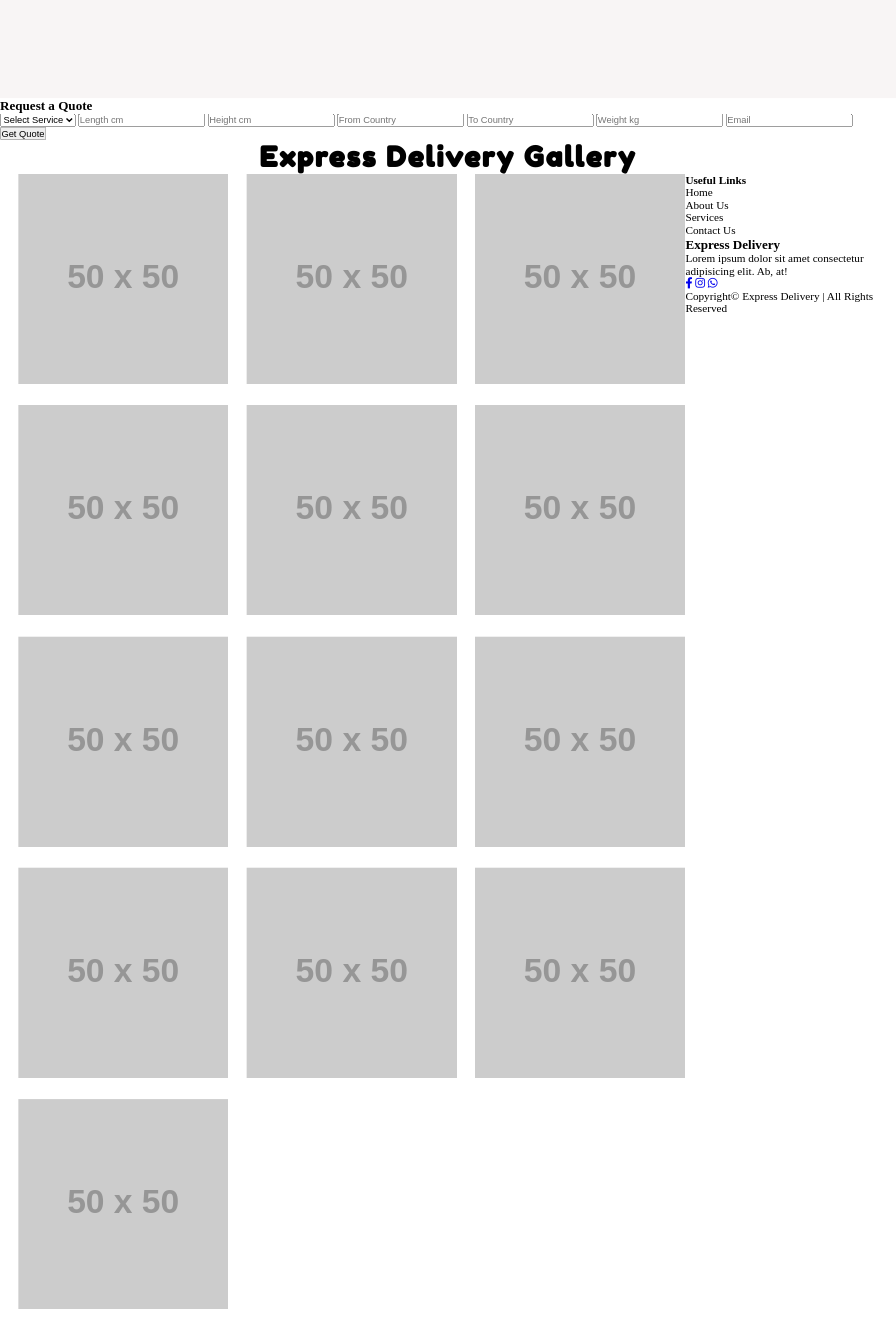
Repository: just-mann/express-delivery
Page: index.html
These files come from the project's save history. The page is drawn as it stood at one moment and after the next save; the edit follows.
The browser window is 1280 px wide. The pictures show the part of the page from y = 1303 to 3223 px (the page is 3203 px tall before and 3369 px after), at 70% of full size.
The style sheet was rebuilt from its Sass, Less or Tailwind sources for each picture, by a compiler version that may differ from the author's.

Above is the page before, as saved 2021-06-30 15:10:06.

### index.html
<!DOCTYPE html>
<html lang="en">
<head>
    <meta charset="UTF-8">
    <meta http-equiv="X-UA-Compatible" content="IE=edge">
    <meta name="viewport" content="width=device-width, initial-scale=1.0">
    <meta name="author" content="Justin Kollie">
    <meta name="description" content="Reliable shipping solutions across the U.S.">
    <link rel="stylesheet" href="/css/style.css">
    <link rel="stylesheet" href="https://cdnjs.cloudflare.com/ajax/libs/font-awesome/5.15.3/css/all.min.css" referrerpolicy="no-referrer" />
    <title>Express Delivery | Your trusted delivery system</title>
</head>
<body id="top">
    <header>
        <div class="top-section">
            <p><i class="fas fa-headphones"></i> 401 123 4567</p>
            <p class="emailAdd"><i class="fas fa-envelope"></i> expressdelivery@email.com</p>
            <p><i class="fas fa-map-marker-alt"></i> Providence, RI</p>
        </div>
        <nav>
            <a href="#" class="logo"><span>Express</span>Delivery</a>
            <div class="nav__links">
                <a href="#">Home</a>
                <a href="#">About</a>
                <a href="#">Services</a>
                <a class="quoteGet" href="#contact-us">Get a Quote</a>
            </div>
        </nav>
        <section class="hero__div">
            <div class="hero__section">
                <div class="hero__overlay">
                    <h2>Express Delivery</h2>
                    <p class="firstPara">Lorem ipsum, dolor sit amet consectetur adipisicing elit. Cumque, numquam.</p>
                    <p class="secondPara">Lorem ipsum dolor sit amet.</p>
                    <a href="#aboutUs">Scroll Down</a>
                </div>
            </div>
        </section>
    </header>
    <section class="product__description">

    </section>
    <section class="aboutUs" id="aboutUs">
        <h3>About Express Delivery</h3>
        <p>
            Lorem ipsum dolor sit amet consectetur adipisicing elit.
            Repellat consectetur alias sed dolores aspernatur asperiores!
        </p>
        <div class="about__card-div">
            <div class="card">
                <div class="imgDiv">
                    <img src="/images/container_ship.jpg" alt="card1">
                </div>
                <div>
                    <h4>Lorem ipsum dolor sit.</h4>
                    <h6>Lorem, ipsum.</h6>
                    <p>
                        Lorem ipsum dolor sit amet, consectetur adipisicing elit.
                        Laboriosam a excepturi minima tenetur error magnam incidunt
                        et expedita quo eveniet maxime sint, placeat modi nemo!
                    </p>
                </div>
            </div>
            <div class="card">
                <div class="imgDiv">
                    <img src="/images/container_ship.jpg" alt="card1">
                </div>
                <div>
                    <h4>Lorem ipsum dolor sit.</h4>
                    <h6>Lorem, ipsum.</h6>
                    <p>
                        Lorem ipsum dolor sit amet, consectetur adipisicing elit.
                        Laboriosam a excepturi minima tenetur error magnam incidunt
                        et expedita quo eveniet maxime sint, placeat modi nemo!
                    </p>
                </div>
            </div>
            <div class="card">
                <div class="imgDiv">
                    <img src="/images/container_ship.jpg" alt="card1">
                </div>
                <div>
                    <h4>Lorem ipsum dolor sit.</h4>
                    <h6>Lorem, ipsum.</h6>
                    <p>
                        Lorem ipsum dolor sit amet, consectetur adipisicing elit.
                        Laboriosam a excepturi minima tenetur error magnam incidunt
                        et expedita quo eveniet maxime sint, placeat modi nemo!
                    </p>
                </div>
            </div>
        </div>
    </section>
    <section class="contact" id="contact-us">
        <h3>Request a Quote</h3>
        <form action="">
            <select name="services" id="services">
                <option>Select Service</option>
                <option value="service1">Service 1</option>
                <option value="service2">Service 2</option>
                <option value="service3">Service 3</option>
                <option value="service4">Service 4</option>
            </select>
            <input type="text" placeholder="Length cm">
            <input type="text" placeholder="Height cm">
            <input type="text" name="country-from" id="country-from" placeholder="From Country">
            <input type="text" name="country-to" id="country-to" placeholder="To Country">
            <input type="text" name="weight" id="weight" placeholder="Weight kg">
            <input type="email" name="email" id="email" placeholder="Email">
            <input type="submit" value="Get Quote">
        </form>
    </section>
    <section class="gallery">
        <h3>Express Delivery Gallery</h3>
        <div class="gallery__div">
            <li><img src="https://placehold.co/50x50"></li>
            <li><img src="https://placehold.co/50x50"></li>
            <li><img src="https://placehold.co/50x50"></li>
            <li><img src="https://placehold.co/50x50"></li>
            <li><img src="https://placehold.co/50x50"></li>
            <li><img src="https://placehold.co/50x50"></li>
            <li><img src="https://placehold.co/50x50"></li>
            <li><img src="https://placehold.co/50x50"></li>
            <li><img src="https://placehold.co/50x50"></li>
            <li><img src="https://placehold.co/50x50"></li>
            <li><img src="https://placehold.co/50x50"></li>
            <li><img src="https://placehold.co/50x50"></li>
            <li><img src="https://placehold.co/50x50"></li>
        </div>
    </section>
    <footer class="footer">
        <section class="footer__top">
            <div class="usefulLinks">
                <h4>Useful Links</h4>
                <li>Home</li>
                <li>About Us</li>
                <li>Services</li>
                <li>Contact Us</li>
            </div>
            <div>
                <h3>Express Delivery</h3>
                <p>
                    Lorem ipsum dolor sit amet consectetur adipisicing elit. Ab, at!
                </p>
                <div class="social__links">
                    <a href="#"><i class="fab fa-facebook-f"></i></a>
                    <a href="#"><i class="fab fa-instagram"></i></a>
                    <a href="#"><i class="fab fa-whatsapp"></i></a>
                </div>
            </div>
        </section>
        <section class="footer__bottom">
            <p>Copyright&copy Express Delivery | All Rights Reserved</p>
        </section>
    </footer>
</body>
</html>

### Sass/style.scss
@import 'reset';
@import 'default__styles';
@import 'mixins';

body {
    position: relative;
}


header {
    .top-section {
        background: $secondary__color;
        color: $light__white;
        display: flex;
        justify-content: flex-start;
        align-items: center;
        // padding: 15px 0px;
        @include my_container;
        height: 45px;

        p {
            font-family: $third__font;
            font-size: 0.87rem;
            color: $dark__white;
            letter-spacing: 0.3px;
            margin: 0 10px;

            .emailAdd {
                border-left: 1px solid red;
                border-right: 1px solid red;
            }

            i {
                transition: 0.7s;
            }



            &:hover {
                i {
                    color: $primary__color;
                }
            }
        }
    }

    nav {
        // position: sticky;
        // top: 0;
        // left: 0;
        @include my_container;
        width: 100%;
        height: 95px;
        // padding: 0px 35px;
        background: $light__white;
        display: flex;
        justify-content: space-between;
        align-items: center;

        .logo {
            font-size: 2.3rem;
            color: $primary__color;
            font-weight: 450;
            letter-spacing: 1px;
            font-family: $primary__font;
            span {
                color: $secondary__color;
            }
        }

        .nav__links {
            a {
                color: $secondary__color;
                font-size: 1rem;
                margin: 0 15px;
                transition: 0.5s;
                font-family: $secondary__font;
                font-weight: 150;
                letter-spacing: 0.5px;

                &:hover {
                    color: $primary__color;
                }

            }

            .quoteGet {
                @include btn_style;
            }
        }
    }

    .hero__div {
        height: 90vh;
        z-index: 0;
        .hero__section {
            width: 100%;
            height: 100%;
            display: flex;
            justify-content: center;
            align-items: center;
            background: url('/images/heroImg.jpg') no-repeat center center / cover;

            .hero__overlay {
                // display: none;
                background: rgba(0, 0, 0, 0.678);
                height: 100%;
                width: 100%;
                display: flex;
                align-items: center;
                justify-content: center;
                flex-direction: column;
                color: $light__white;
                text-align: center;

                h2 {
                    font-size: 5rem;
                    margin-top: 30px;
                    font-family: $secondary__font;
                    font-weight: 90;
                }

                .firstPara {
                    font-family: $third__font;
                    font-size: 1.2rem;
                    font-weight: 300;
                    line-height: 1.4em;
                    margin: 30px 0px 6px 0px;
                    color: $dark__white;
                }
                .secondPara {
                    font-family: $third__font;
                    font-size: 1rem;
                    font-weight: 300;
                    line-height: 1.4em;
                    margin: 5px 0px;
                    color: $dark__white;
                }

                a {
                    @include btn_style;
                    margin: 80px 0px 5px 0px;
                }
            }
        }
    }
}





// About Us
.aboutUs {
    // @include my_container;
    max-width: 100%;
    min-height: 50vh;
    text-align: center;
    margin: 0px auto;
    padding-top: 30px;
    padding-bottom: 15px;
    background: rgb(248, 245, 245);

    h3 {

    }

    p {

    }

    .about__card-div {
        // background: yellow;
        max-width: 100%;
        margin: 0 auto;
        padding: 25px;
        display: grid;
        justify-content: center;
        align-items: center;
        grid-template-columns: repeat(3, 300px);

        .card {
            min-height: 500px;
            margin: 10px 20px;
            text-align: center;
            &:hover {
                // @include divShadow;
            }

            .imgDiv {
                min-height: 30%;
                padding: 0px;
            }

            img {
                width: 100%;
                min-height: 100%;
                object-fit: cover;
            }

            div {
                padding: 15px;
                margin: 0 auto;
                text-align: left;
                background: $dark__white;

                h4 {
                    font-size: 1.3rem;
                }

                h6 {

                }

                p {

                }
            }
        }
    }
}

.gallery {
    // padding: 35px;
    // min-height: 80vh;

    h3 {
        font-family: $secondary__font;
        font-size: 2.5rem;
        text-align: center;
        letter-spacing: 2.5px;
    }

    .gallery__div {

        li {
           @include grid(4, 2%);
           img {
               width: 100%;
           }
       }
    }
}

### Sass/default__styles.scss
// Google Fonts
@import url('https://fonts.googleapis.com/css2?family=Abel&family=Dancing+Script:wght@300&family=Fredoka+One&family=Permanent+Marker&family=Red+Hat+Text:wght@300&family=Roboto:wght@100&family=Sacramento&display=swap');



// Styles for items like buttons, links, lists, and colors, fonts, etc..

// Variables
$primary__color: #F34963;
$secondary__color: #560c88;
$light__white: #ffffff;
$dark__white: #d1d1d1;
$primary__font: 'Permanent Marker', cursive;
$secondary__font: 'Fredoka One', cursive;
$third__font: 'Red Hat Text', sans-serif;








html {
    scroll-behavior: smooth;
}

a {
    text-decoration: none;
}

ul, li {
    list-style: none;
}

### Sass/mixins.scss
// Button Mixin
@mixin btn_style {
    border: none;
    background: $primary__color;
    color: $light__white;
    padding: 10px 15px;
    font-family: $secondary__font;
    font-weight: 150;
    letter-spacing: 1px;

    &:hover {
        color: $light__white;
        cursor: pointer;
    }
}

@mixin divShadow {
    box-shadow: -1px -3px 46px 16px rgba(0,0,0,0.23);
        -webkit-box-shadow: -1px -3px 46px 16px rgba(0,0,0,0.23);
        -moz-box-shadow: -1px -3px 46px 16px rgba(0,0,0,0.23);
}

@mixin my_container {
    padding: 0px 60px;
}

// ClearFix
@mixin ClearFix {
    &:after {
        content: "";
        display: block;
        clear: both;
    }
}


// Grid Mixin
@mixin grid($cols, $mgn) {
    float: left;
    margin-left: $mgn;
    margin-bottom: $mgn;
    width: ((100% - (($cols - 1) * $mgn)) / $cols);
    &:nth-child(#{$cols}n) {
        margin-right: 0;
    }
}

Loaded but not shown: Sass/reset.scss (common file)

After the next save:
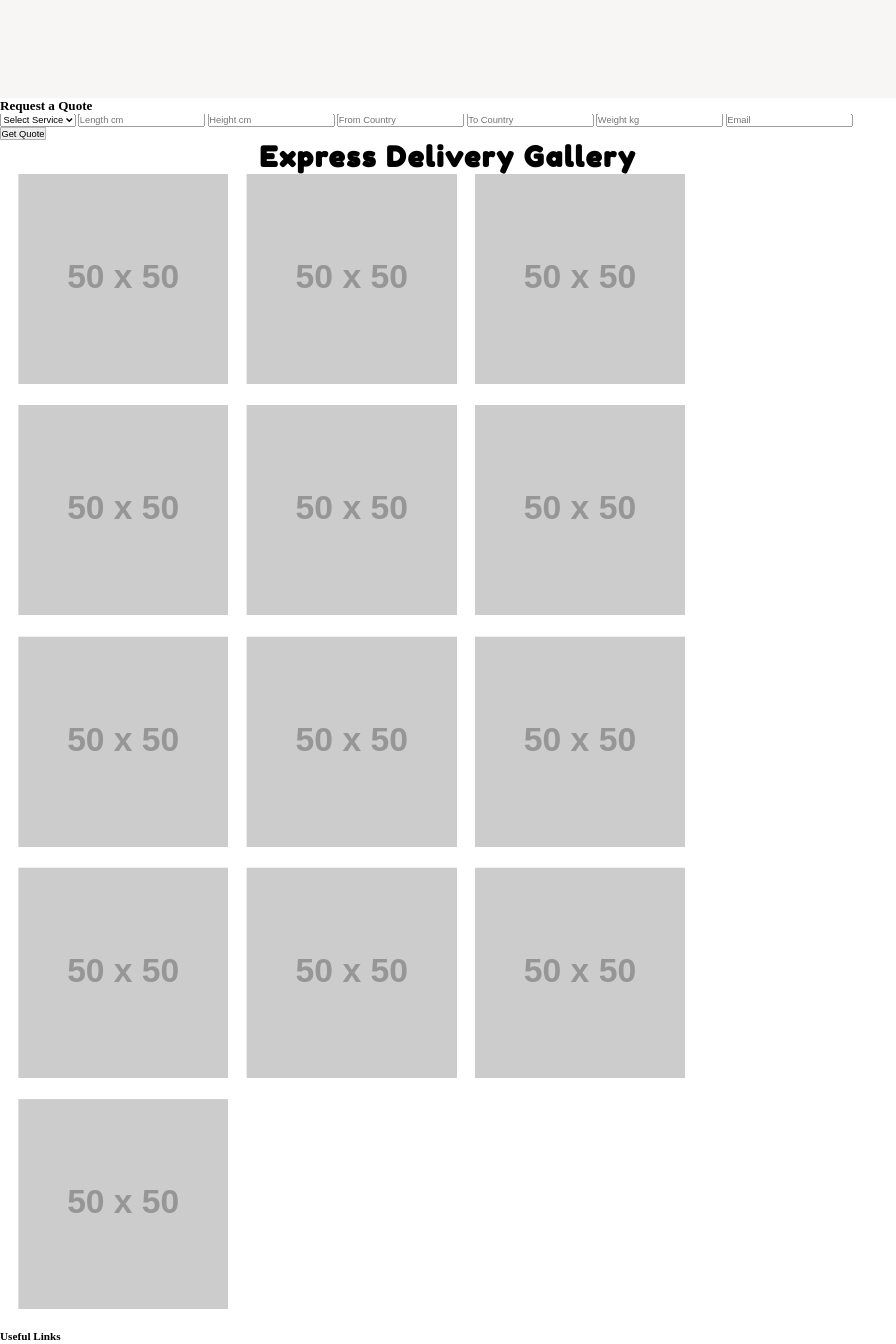
Saved 12 s later.
--- a/Sass/style.scss
+++ b/Sass/style.scss
@@ -232,7 +232,7 @@ header {
     }
 
     .gallery__div {
-
+        @include ClearFix;
         li {
            @include grid(4, 2%);
            img {
